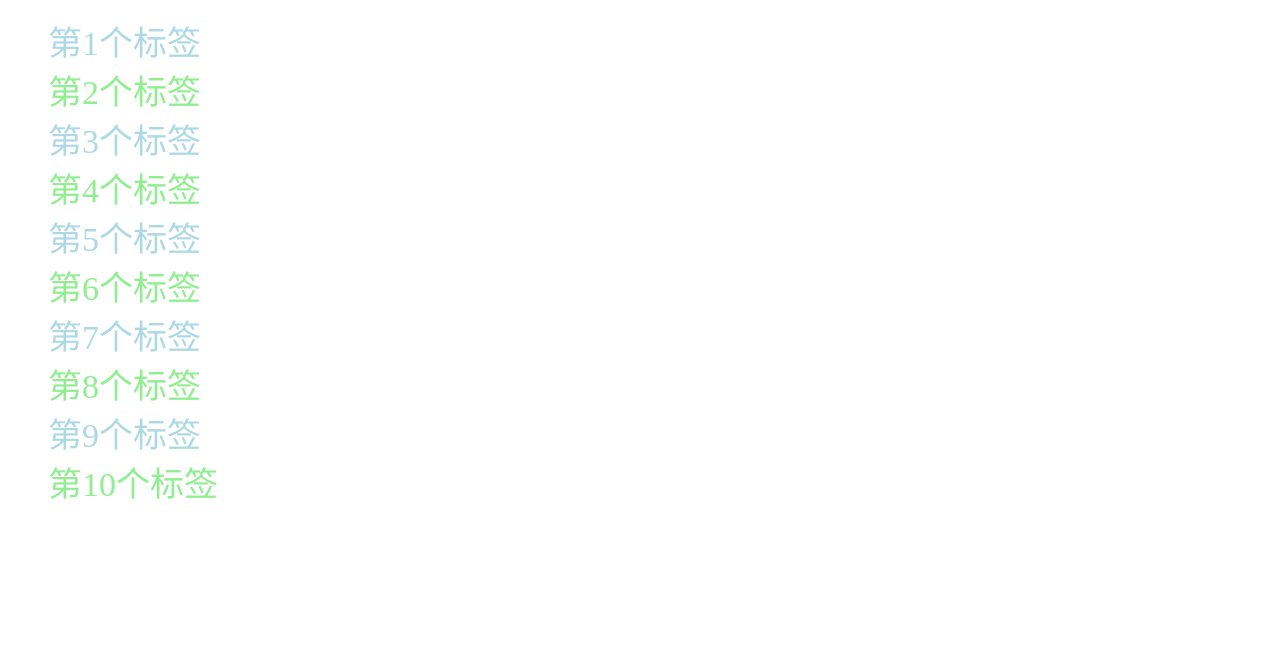
Repository: hawkWang2021/front-end-learing
Page: / (app in vue/day01/homework/demo/)
An editor plug-in stored every save of this project. The page is shown before and after the next save, followed by the edit.
The browser window is 1280 px wide. The pictures show the whole page.
The project was rebuilt for these pictures with package versions that can differ from the ones it lists, and the page was loaded fresh each time. Also part of the build but not shown: vue/day01/homework/demo/webpack.config.js.

Above is the page before, as saved 2022-06-18 20:42:32.

### vue/day01/homework/demo/public/index.html
<!DOCTYPE html>
<html lang="zh-CN">
	<head>
		<meta charset="UTF-8" />
		<meta http-equiv="X-UA-Compatible" content="IE=edge" />
		<meta name="viewport" content="width=device-width, initial-scale=1.0" />
		<title>Document</title>
	</head>
	<body>
		<ul>
			<li>第1个标签</li>
			<li>第2个标签</li>
			<li>第3个标签</li>
			<li>第4个标签</li>
			<li>第5个标签</li>
			<li>第6个标签</li>
			<li>第7个标签</li>
			<li>第8个标签</li>
			<li>第9个标签</li>
			<li>第10个标签</li>
		</ul>
	</body>
</html>

### vue/day01/homework/demo/src/main.js
import './css/index.css'
import './less/index.less'
import $ from 'jquery'
$('li:nth-child(odd)').css('color', 'lightblue')
$('li:nth-child(even)').css('color', 'lightgreen')

### vue/day01/homework/demo/src/css/index.css
ul,
li {
	list-style: none;
}

### vue/day01/homework/demo/src/less/index.less
@size: 34px;
ul {
	li {
		font-size: @size;
	}
}

After the next save:
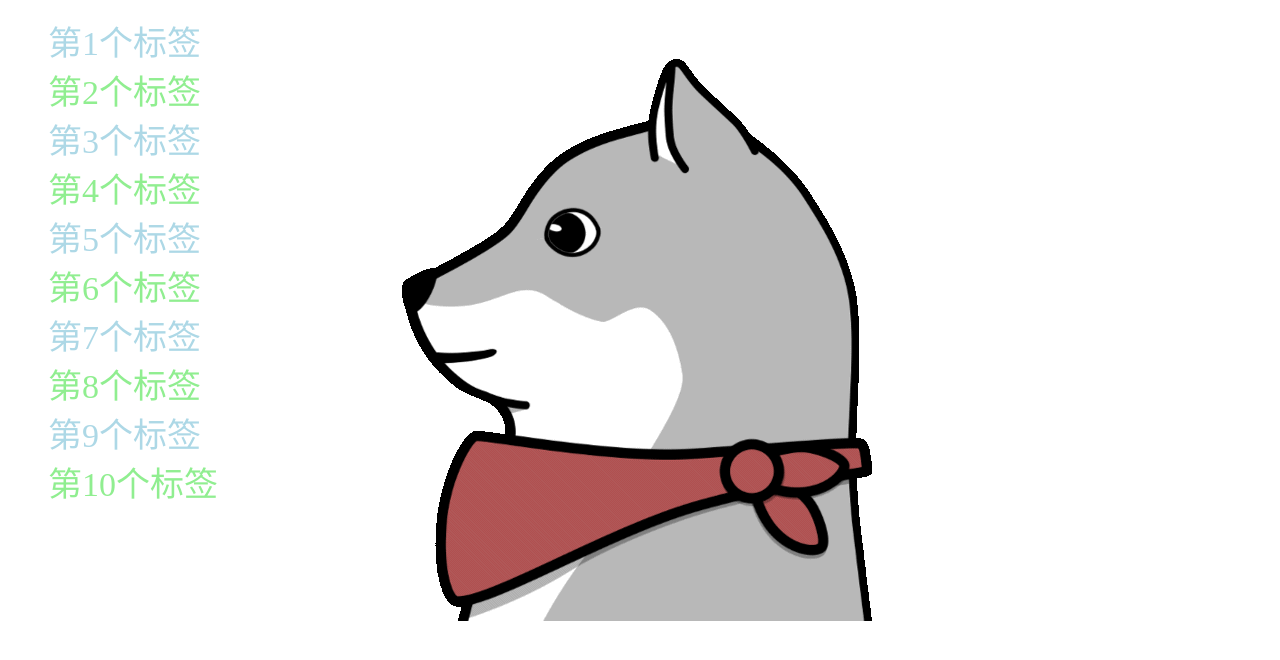
Saved 2 min 11 s later.
--- a/vue/day01/homework/demo/src/less/index.less
+++ b/vue/day01/homework/demo/src/less/index.less
@@ -4,3 +4,7 @@ ul {
 		font-size: @size;
 	}
 }
+
+body {
+	background: url('../assets/狗头鱼live2d.gif') no-repeat center;
+}
